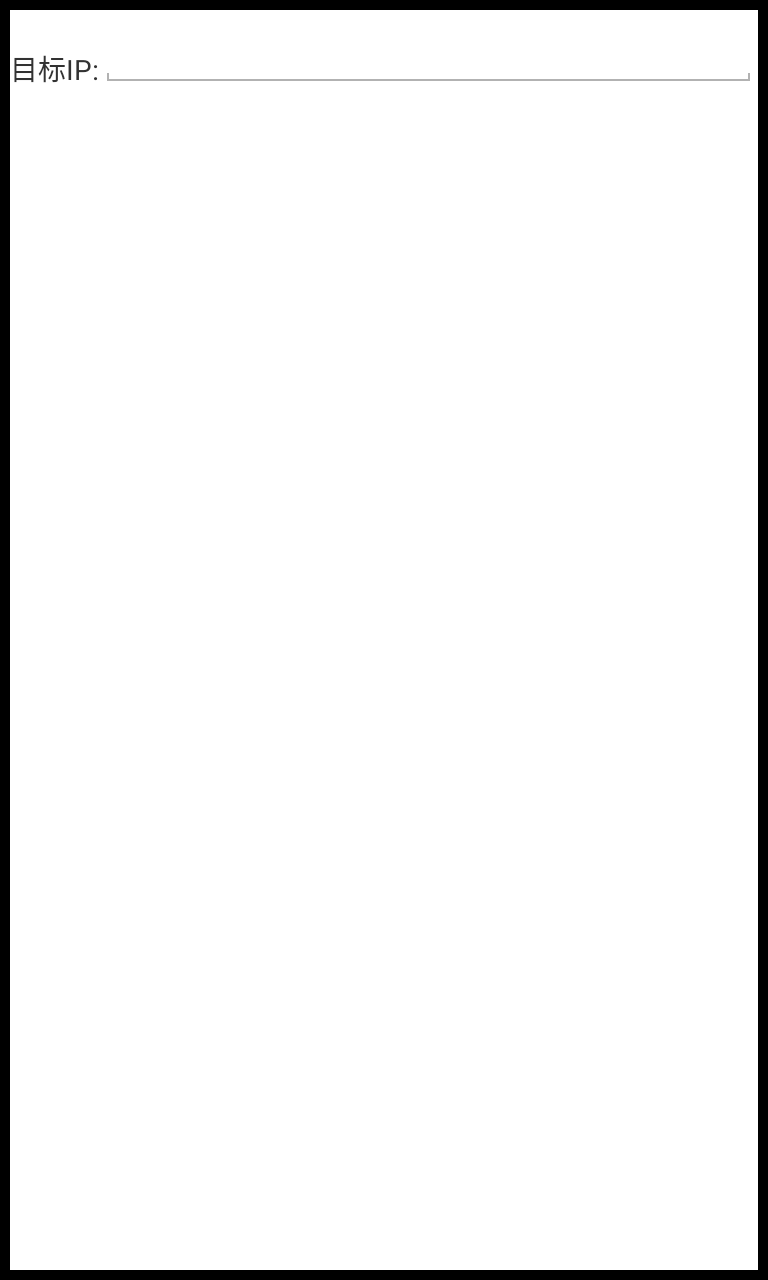
Repository: Ollyder/eclipse_work
Layout: WIFI_PM2.5(UI)/res/layout/activity_main.xml
These files come from the project's save history. The layout is drawn as it stood at one moment and after the next save; the edit follows.
It is drawn on a 768 x 1280 px phone screen (xhdpi) without system bars, with theme AppTheme; the app's code is not run.

Above is the layout before, as saved 2017-05-27 03:35:36.

### WIFI_PM2.5(UI)/res/layout/activity_main.xml
<LinearLayout xmlns:android="http://schemas.android.com/apk/res/android"
    android:layout_width="match_parent"
    android:layout_height="match_parent"
    android:orientation="horizontal"
    android:background="#000000"
   >

    <LinearLayout
        android:layout_width="0sp"
        android:layout_height="match_parent"
        android:layout_weight="1"
        android:background="#ffffff"
        android:orientation="vertical"
        android:layout_margin="5sp">

        <LinearLayout
            android:layout_width="match_parent"
            android:layout_height="wrap_content"
            android:orientation="horizontal" >

            <TextView
                android:id="@+id/text_view"
                android:layout_width="wrap_content"
                android:layout_height="match_parent"
                android:text="目标IP:"
                android:gravity="bottom" />

        	<EditText
            	android:id="@+id/edit_view"
            	android:layout_width="0sp"
            	android:layout_height="match_parent"
            	android:layout_weight="1"/>

        </LinearLayout>

    </LinearLayout>



</LinearLayout>

Loaded but not shown: WIFI_PM2.5(UI)/res/values/styles.xml (common file); WIFI_PM2.5(UI)/res/values-v11/styles.xml (common file); WIFI_PM2.5(UI)/res/values-v14/styles.xml (common file)

After the next save:
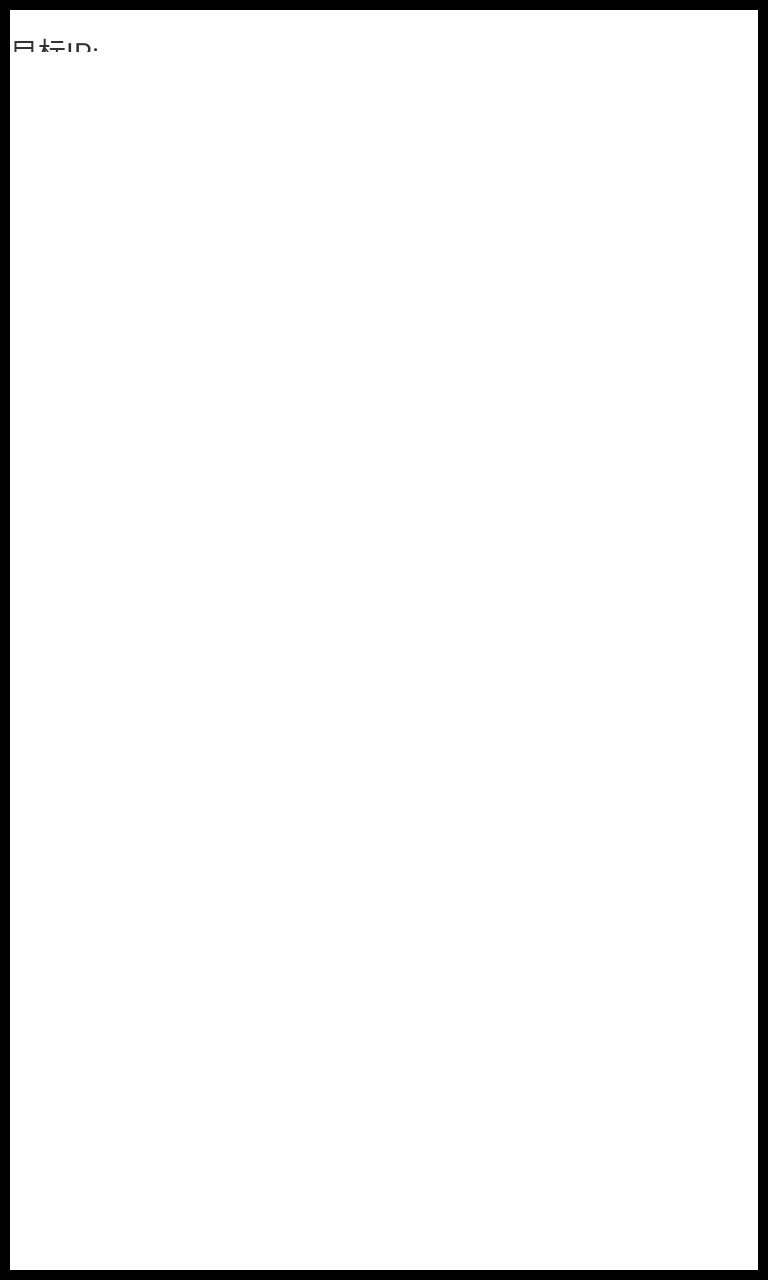
Saved 28 s later.
--- a/WIFI_PM2.5(UI)/res/layout/activity_main.xml
+++ b/WIFI_PM2.5(UI)/res/layout/activity_main.xml
@@ -20,8 +20,8 @@
 
             <TextView
                 android:id="@+id/text_view"
-                android:layout_width="wrap_content"
-                android:layout_height="match_parent"
+                android:layout_width="match_parent"
+                android:layout_height="wrap_content"
                 android:text="目标IP:"
                 android:gravity="bottom" />
 
